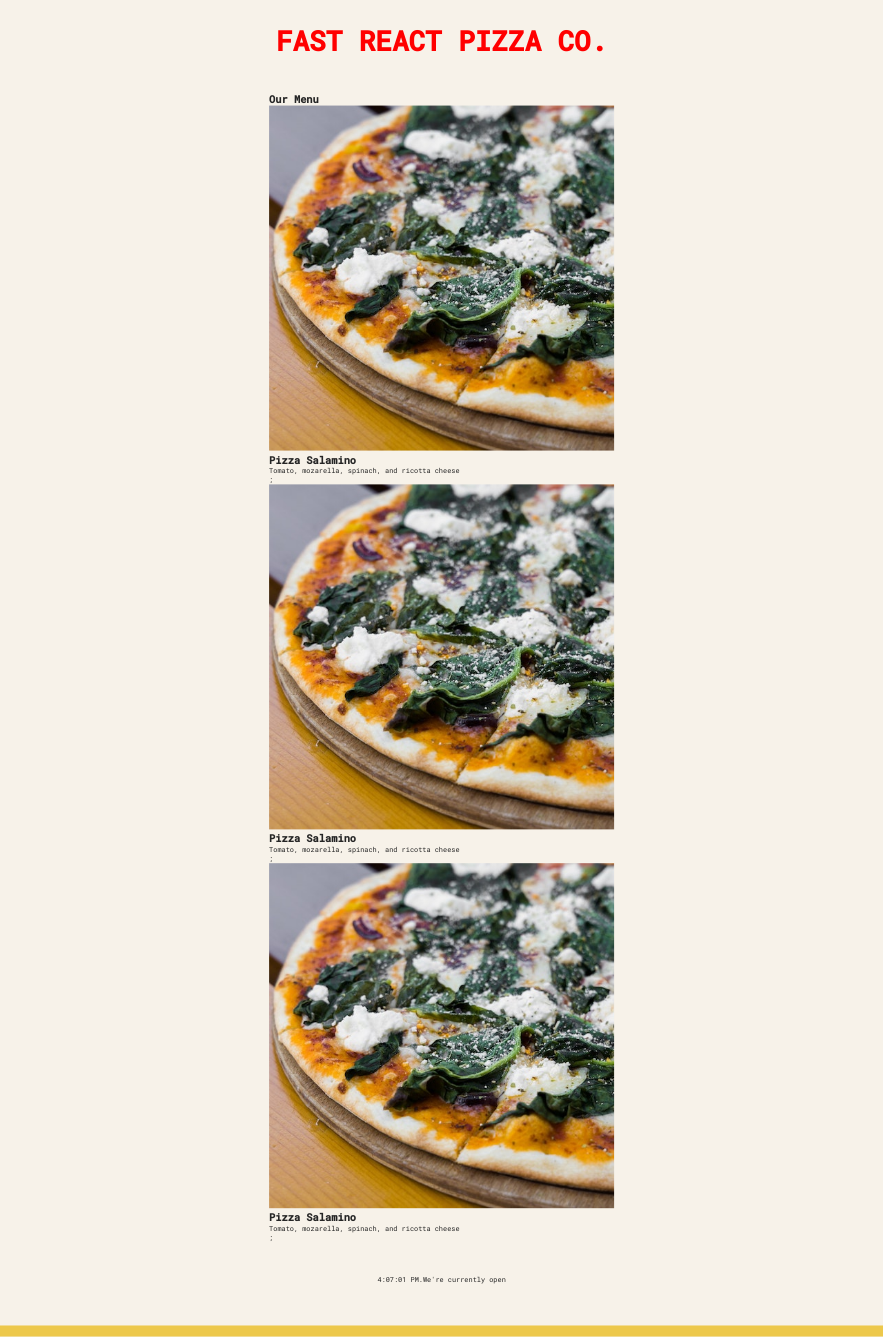
Repository: Aaryan-Poria/pizza-menu
Page: /
An editor plug-in stored every save of this project. The page is shown before and after the next save, followed by the edit.
The browser window is 1280 px wide. The pictures show the whole page, at 69% of full size.
The project was rebuilt for these pictures with package versions that can differ from the ones it lists, and the page was loaded fresh each time.

Above is the page before, as saved 2023-10-09 13:26:53.

After the next save:
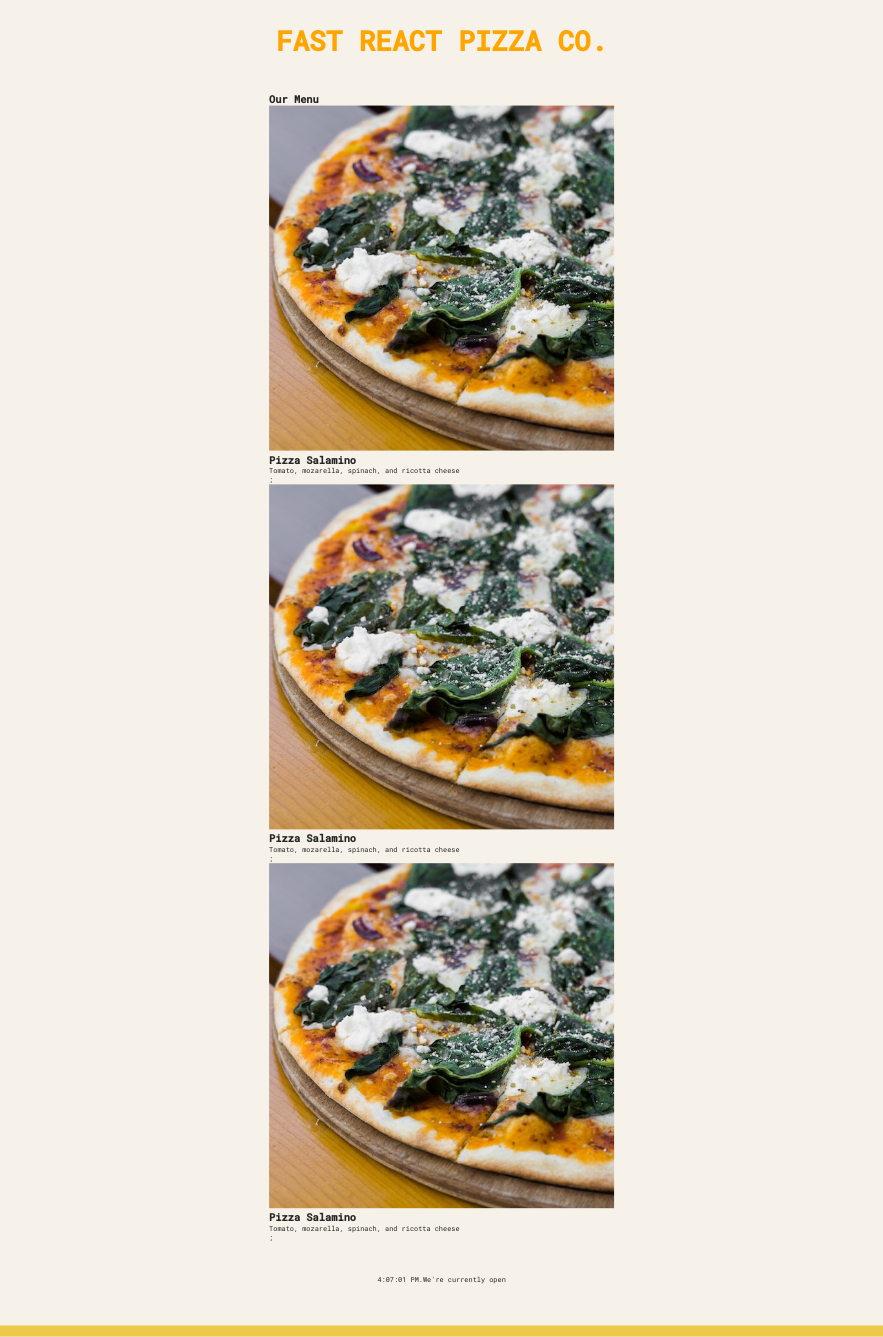
Saved 4 min 49 s later.
--- a/src/index.js
+++ b/src/index.js
@@ -68,7 +68,11 @@ function Pizza() {
 }
 
 function Header() {
-  const style = { color: "red", fontSize: "40px", textTransform: "uppercase" }; // A JS Object
+  const style = {
+    color: "orange",
+    fontSize: "40px",
+    textTransform: "uppercase",
+  }; // A JS Object
   return <h1 style={style}>Fast React Pizza Co.</h1>; // CSS in JSX is an object. We have another {} to basically enter JS Mode
 }
 function Menu() {
